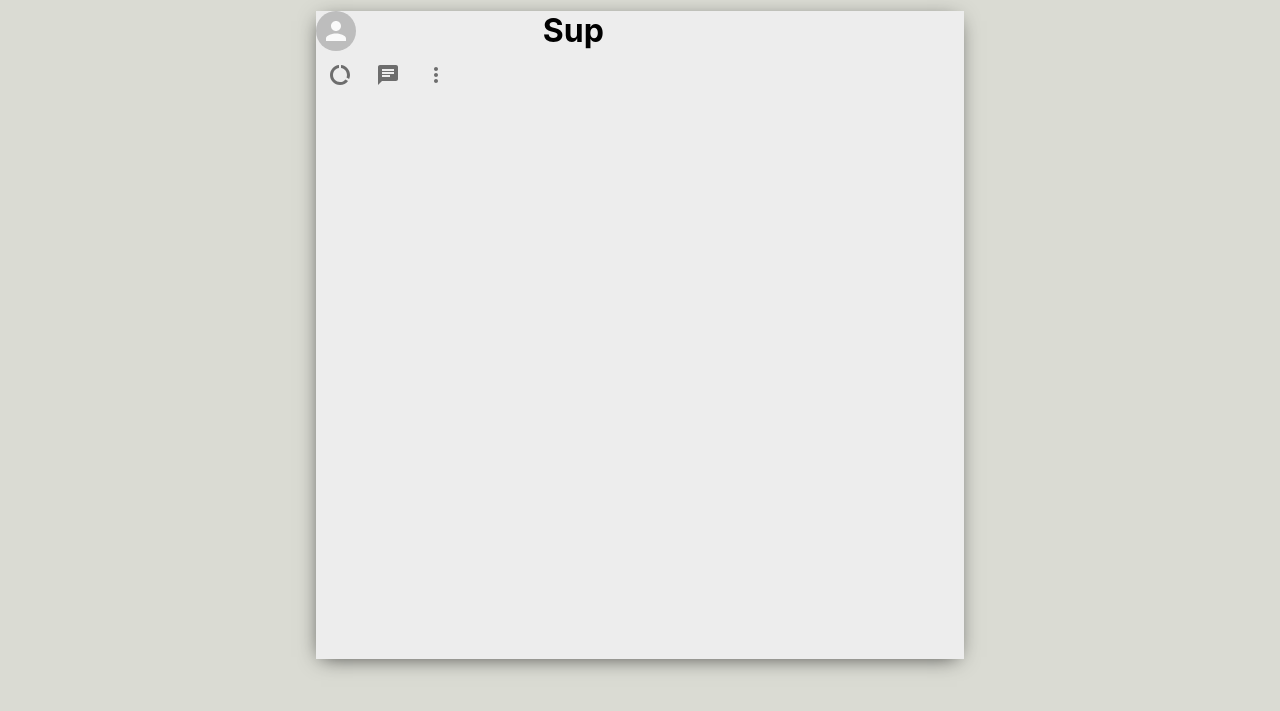
Repository: SayedJamil/WhatsappClone
Page: /
The author's editor kept a copy of each file at every save. The page is drawn from the files as they stood at one save, then again after a run of saves.
The browser window is 1280 px wide. The pictures show the whole page.
The project was rebuilt for these pictures with package versions that can differ from the ones it lists, and the page was loaded fresh each time.

Above is the page before, as saved 2021-06-22 22:58:12.

After the next 2 saves:
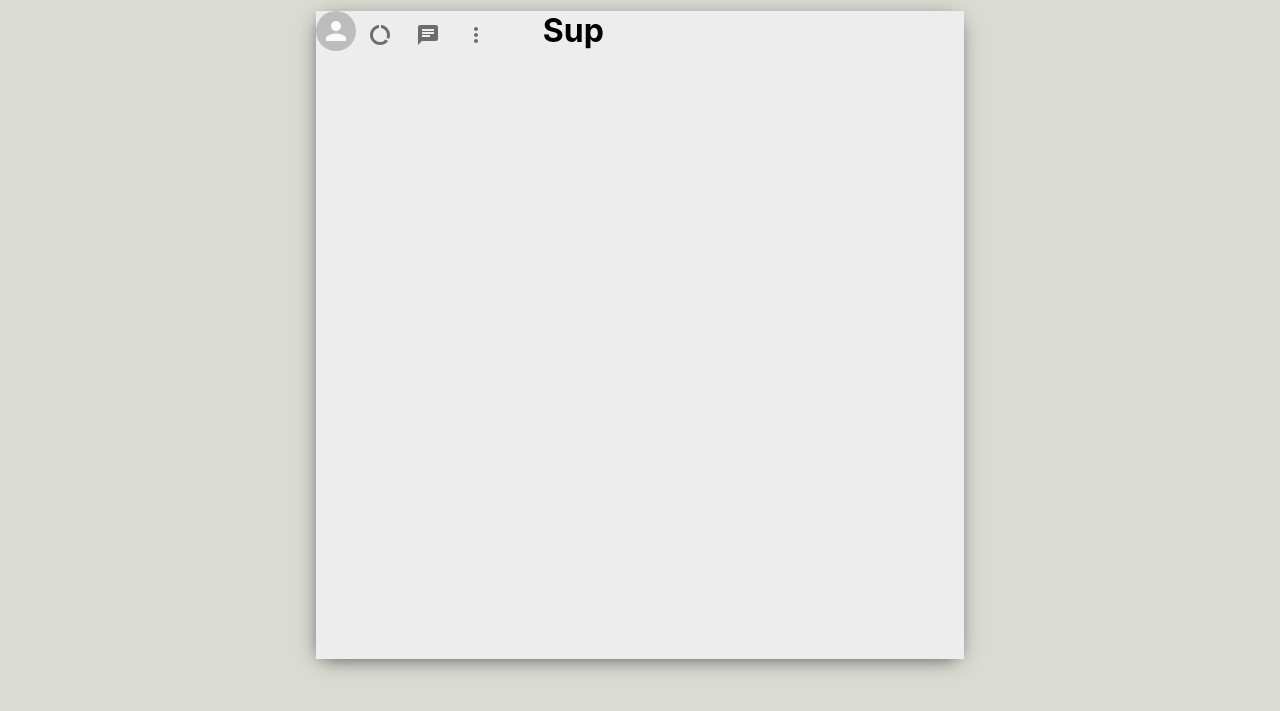
The 2 saves are shown as one change because they came seconds apart.
The last was saved 6 s later.
--- a/src/Sidebar.css
+++ b/src/Sidebar.css
@@ -3,4 +3,6 @@
   flex-direction: column;
   flex: 0.35;
 }
-.
+.sidebar_header {
+  display: flex;
+}
